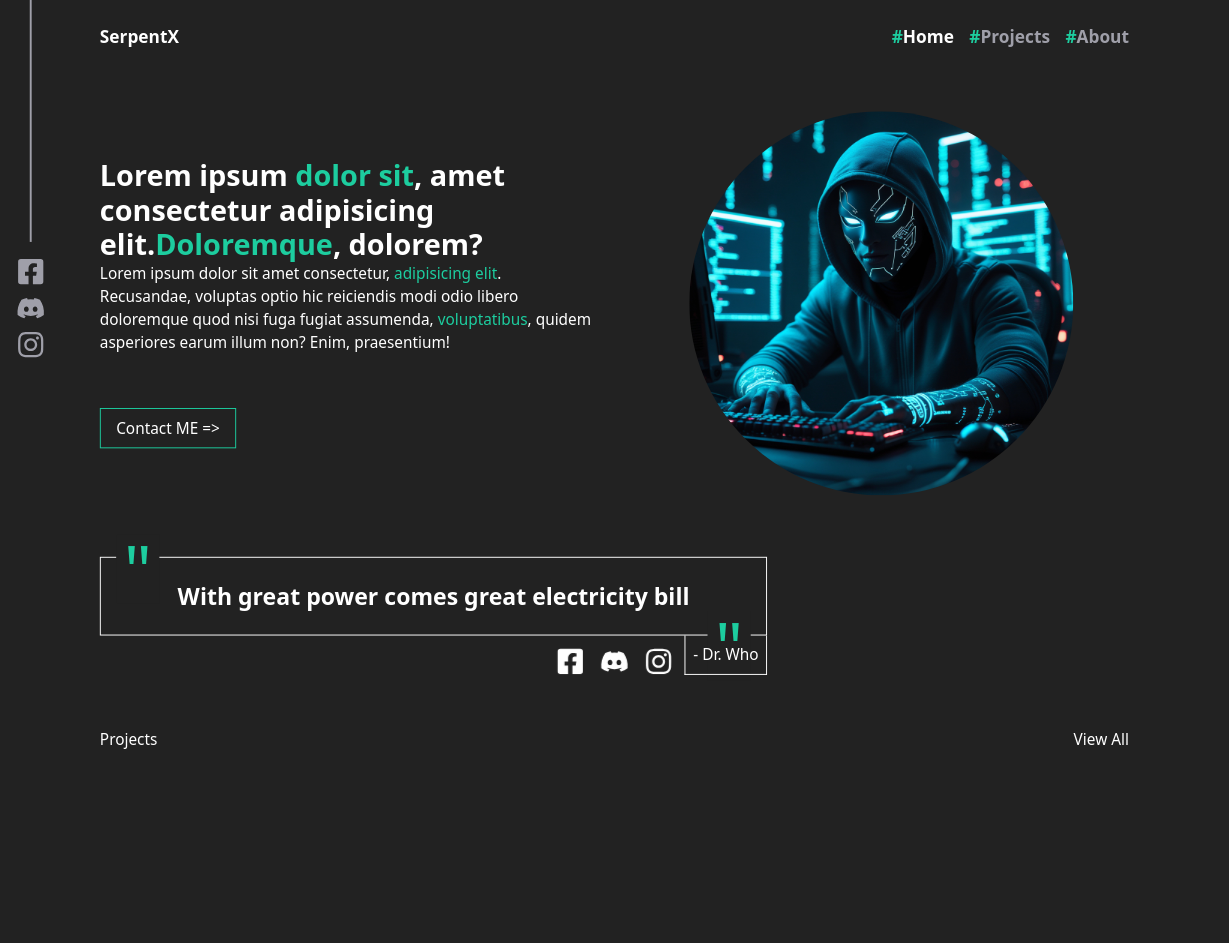
Repository: SERPENTX03/Portfolio-Tutorial
Page: /
The author's editor kept a copy of each file at every save. The page is drawn from the files as they stood at one save, then again after the next save.
The browser window is 1280 px wide. The pictures show the whole page, at 96% of full size.
The project was rebuilt for these pictures with package versions that can differ from the ones it lists, and the page was loaded fresh each time. The framework's server and built-in components were replaced by stand-ins that run in the browser. Also part of the build but not shown: next.config.ts.

Above is the page before, as saved 2025-04-19 21:07:26.

After the next save:
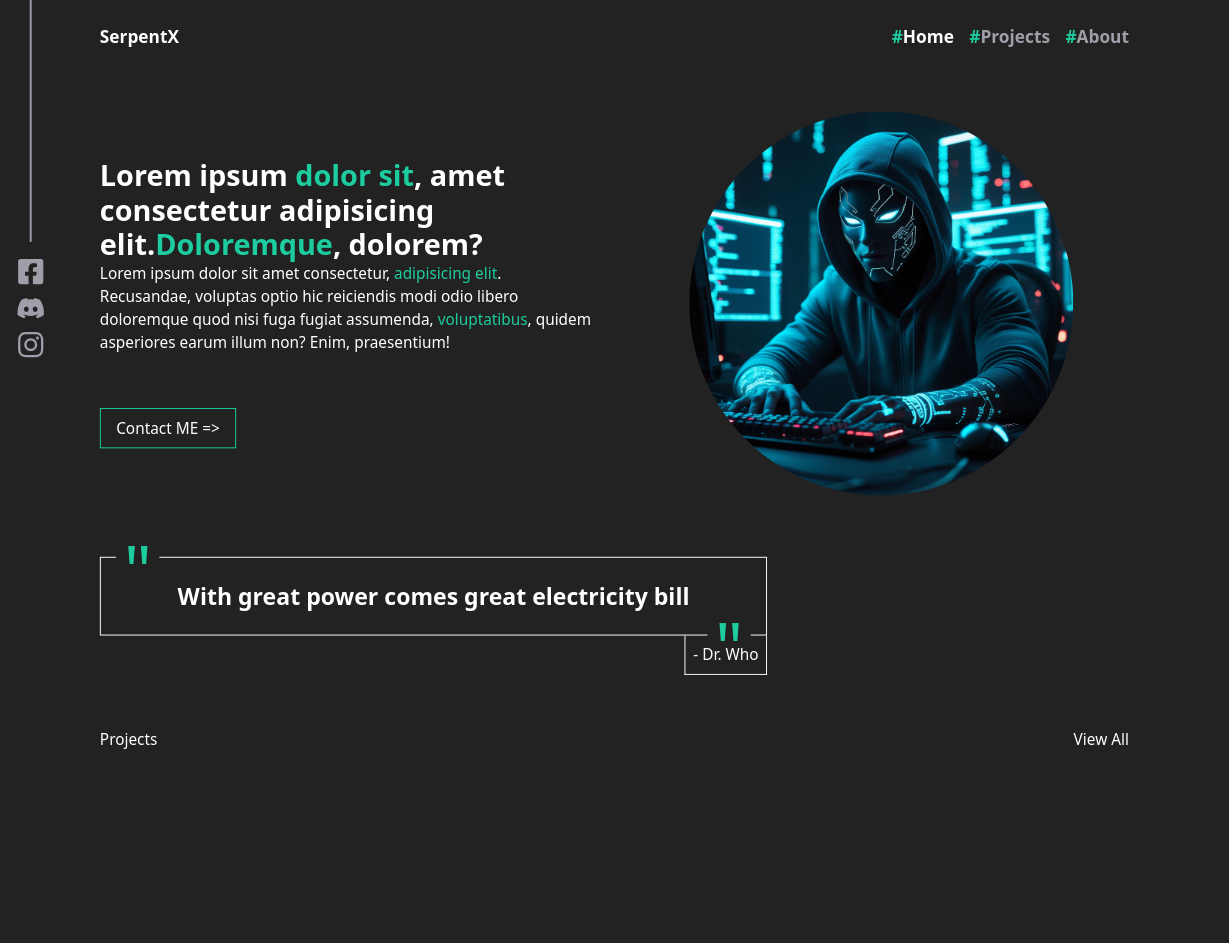
Saved 26 s later.
--- a/components/nav/MenuHamburger.tsx
+++ b/components/nav/MenuHamburger.tsx
@@ -66,17 +66,19 @@ const MenuHamburger = () => {
           ))}
         </ul>
       )}
-      <div className="fixed bottom-4 left-1/2 -translate-x-1/2 flex gap-4">
-        <Link target="_blank" href="https://www.facebook.com/serpentx.dev">
-          <FaFacebookSquare size={30} />
-        </Link>
-        <Link target="_blank" href="https://discord.gg/serpentx">
-          <FaDiscord size={30} />
-        </Link>
-        <Link target="_blank" href="https://www.instagram.com/serpentx.dev">
-          <FaInstagram size={30} />
-        </Link>
-      </div>
+      {isOpen && (
+        <div className="fixed bottom-4 left-1/2 -translate-x-1/2 flex gap-4">
+          <Link target="_blank" href="https://www.facebook.com/serpentx.dev">
+            <FaFacebookSquare size={30} />
+          </Link>
+          <Link target="_blank" href="https://discord.gg/serpentx">
+            <FaDiscord size={30} />
+          </Link>
+          <Link target="_blank" href="https://www.instagram.com/serpentx.dev">
+            <FaInstagram size={30} />
+          </Link>
+        </div>
+      )}
     </>
   );
 };
